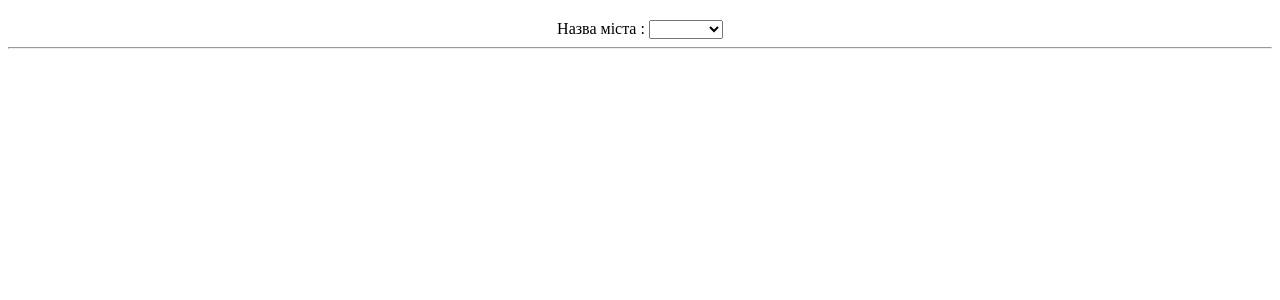
Repository: AnatoliyZaporozhets/HomeTask
Page: / (app in HomeWork_1/)
An editor plug-in stored every save of this project. The page is shown before and after the next save, followed by the edit.
The browser window is 1280 px wide. The pictures show the whole page.
The project was rebuilt for these pictures with package versions that can differ from the ones it lists, and the page was loaded fresh each time.

Above is the page before, as saved 2022-04-12 16:47:01.

After the next save:
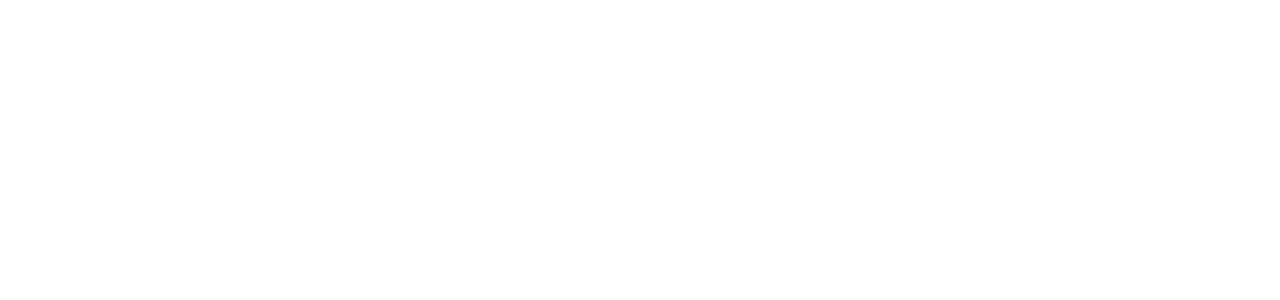
Console error: TypeError: Cannot read properties of undefined (reading 'day')
Saved 3 min 39 s later.
--- a/HomeWork_1/src/components/Weather/index.vue
+++ b/HomeWork_1/src/components/Weather/index.vue
@@ -34,7 +34,7 @@
 
     data(){
         return{
-          searchCityTitle: {}
+          searchCityTitle: null
         }
     },
     computed:{

After the save that followed:
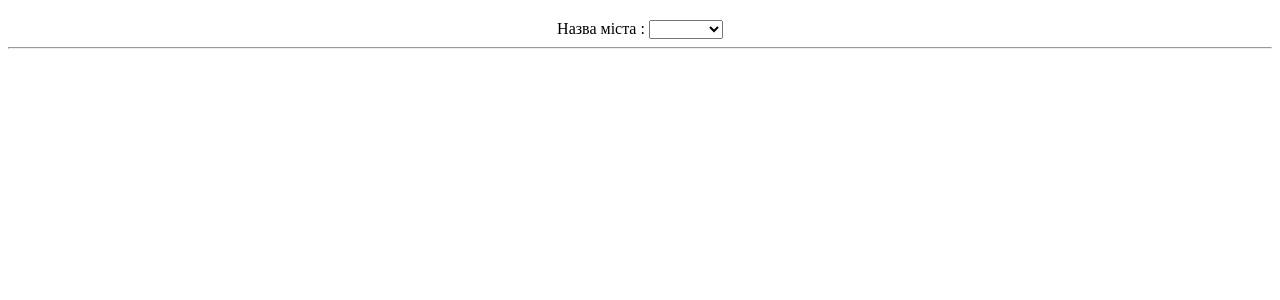
The error is gone.
Saved 84 s later.
--- a/HomeWork_1/src/components/Weather/index.vue
+++ b/HomeWork_1/src/components/Weather/index.vue
@@ -34,7 +34,7 @@
 
     data(){
         return{
-          searchCityTitle: null
+          searchCityTitle: {}
         }
     },
     computed:{
